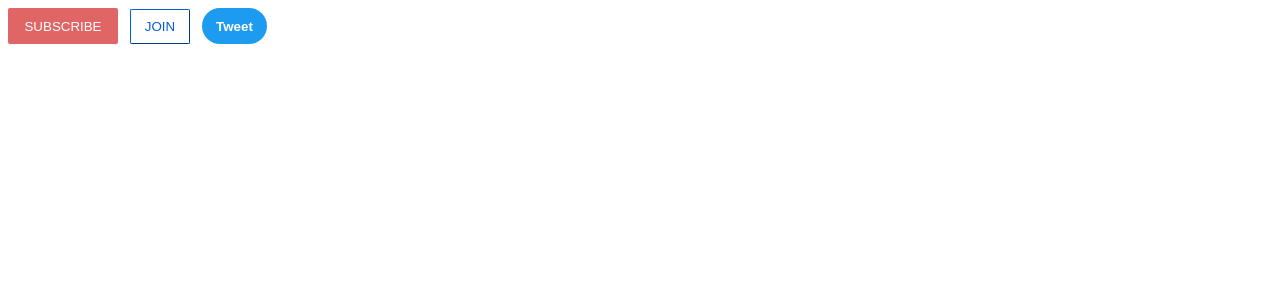
Repository: Kurumilli/Youtube
Page: buttons.html
The author's editor kept a copy of each file at every save. The page is drawn from the files as they stood at one save, then again after the next save.
The browser window is 1280 px wide. The pictures show the whole page.
The pointer rests on the first visible `.subscribe`.

Above is the page before, as saved 2025-01-24 20:54:33.

### buttons.html
<html>
<body>
<style>
.subscribe{
    background-color: rgb(204, 0, 0);
    border:none;
    color: white;
    height: 36px;
    width: 110px;
    border-radius: 2px;
    cursor: pointer;
}
    .subscribe:hover{
        opacity: 0.6;
    }

.join{
background-color: white;
color: rgb(6, 95, 212);
border-width: 1px;
height:35px;
width: 60px;
border-color:rgb(6, 95, 212);
border-radius: 2px;
cursor: pointer;
margin-left: 8px;
}

.tweet{
    background-color: rgb(29, 155, 240);
    border: none;
    height: 36px;
    color: white;
    width: 65px;
    border-radius: 18px;
    font-weight: bold;
    margin-left: 8px;

    }
</style>

<button class="subscribe">
    SUBSCRIBE
</button>

<button class="join">
    JOIN
</button>

<button class="tweet">
    Tweet
</button>




</body>
</html>

After the next save:
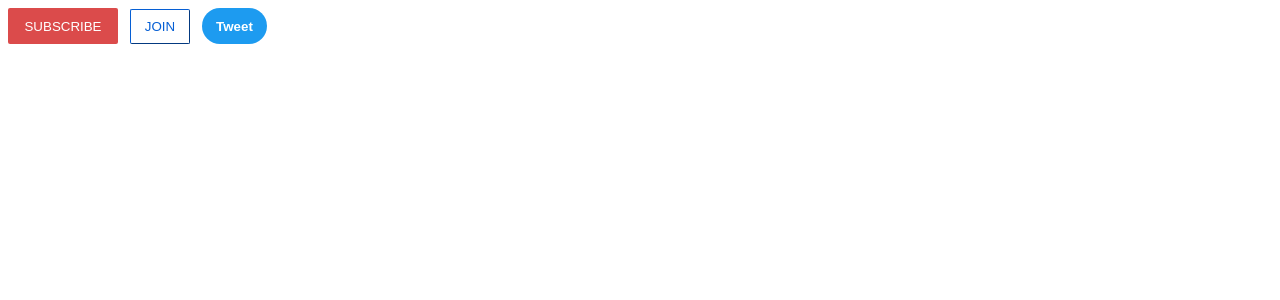
Saved 11 s later.
--- a/buttons.html
+++ b/buttons.html
@@ -11,7 +11,7 @@
     cursor: pointer;
 }
     .subscribe:hover{
-        opacity: 0.6;
+        opacity: 0.7;
     }
 
 .join{
